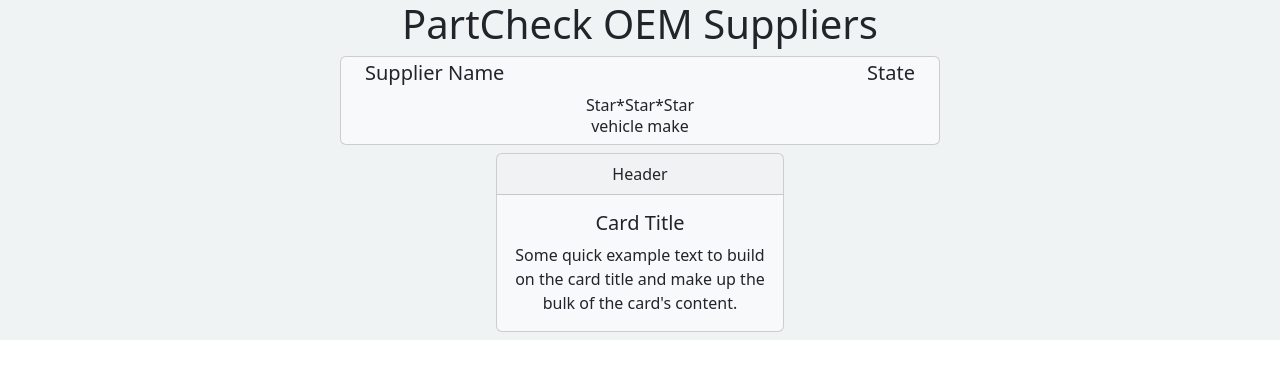
Repository: trungna4699/coding_challenge
Page: /
An editor plug-in stored every save of this project. The page is shown before and after the next save, followed by the edit.
The browser window is 1280 px wide. The pictures show the whole page.
The project was rebuilt for these pictures with package versions that can differ from the ones it lists, and the page was loaded fresh each time.

Above is the page before, as saved 2022-09-01 16:35:17.

### src/index.css
body {
  margin: 0;
  background-color: #F0F3F4;
  font-family: -apple-system, BlinkMacSystemFont, 'Segoe UI', 'Roboto', 'Oxygen',
    'Ubuntu', 'Cantarell', 'Fira Sans', 'Droid Sans', 'Helvetica Neue',
    sans-serif;
  -webkit-font-smoothing: antialiased;
  -moz-osx-font-smoothing: grayscale;
}

code {
  font-family: source-code-pro, Menlo, Monaco, Consolas, 'Courier New',
    monospace;
}

### src/App.js
import './App.css';
import 'bootstrap/dist/css/bootstrap.min.css';

import Card from 'react-bootstrap/Card';
import Col from 'react-bootstrap/Col';
import Row from 'react-bootstrap/Row';

function App() {
  return (
    <div className="App">
      <h1>PartCheck OEM Suppliers</h1>

      <div className='listContainer'>
        <Card
          bg={"light"}
          // key={variant}
          text={"dark"}
          style={{ width: '600px' }}
          className="mb-2"
        >
          <div className="supplierItems">
            <div className='supplierInfo'>
              <h5 className='ms-4'>Supplier Name</h5>
              <h5 className='me-4'>State</h5>
            </div>

            <div className="ratingStar">
              Star*Star*Star
            </div>
            <div className="vehicleList">
              <h6>vehicle make</h6>
            </div>
          </div>
        </Card>

        <Card
          bg={"light"}
          // key={variant}
          text={"dark"}
          style={{ width: '18rem' }}
          className="mb-2"
        >
          <Card.Header>Header</Card.Header>
          <Card.Body>
            <Card.Title>Card Title </Card.Title>
            <Card.Text>
              Some quick example text to build on the card title and make up the
              bulk of the card's content.
            </Card.Text>
          </Card.Body>
        </Card>

      </div>


    </div>
  );
}

export default App;

### src/App.css
.App {
  background-color: #F0F3F4;
  text-align: center;
}

.listContainer {
  display: flex;
  flex-direction: column;
  align-items: center;
}

.supplierInfo {
  display: flex;
  justify-content: space-between;
  margin-top: 4px;
}







/* Default Settings */
.App-logo {
  height: 40vmin;
  pointer-events: none;
}

@media (prefers-reduced-motion: no-preference) {
  .App-logo {
    animation: App-logo-spin infinite 20s linear;
  }
}

.App-header {
  background-color: #282c34;
  min-height: 100vh;
  display: flex;
  flex-direction: column;
  align-items: center;
  justify-content: center;
  font-size: calc(10px + 2vmin);
  color: white;
}

.App-link {
  color: #61dafb;
}

@keyframes App-logo-spin {
  from {
    transform: rotate(0deg);
  }
  to {
    transform: rotate(360deg);
  }
}

Loaded but not shown: public/index.html (common file); src/index.js (common file); src/reportWebVitals.js (common file)

After the next save:
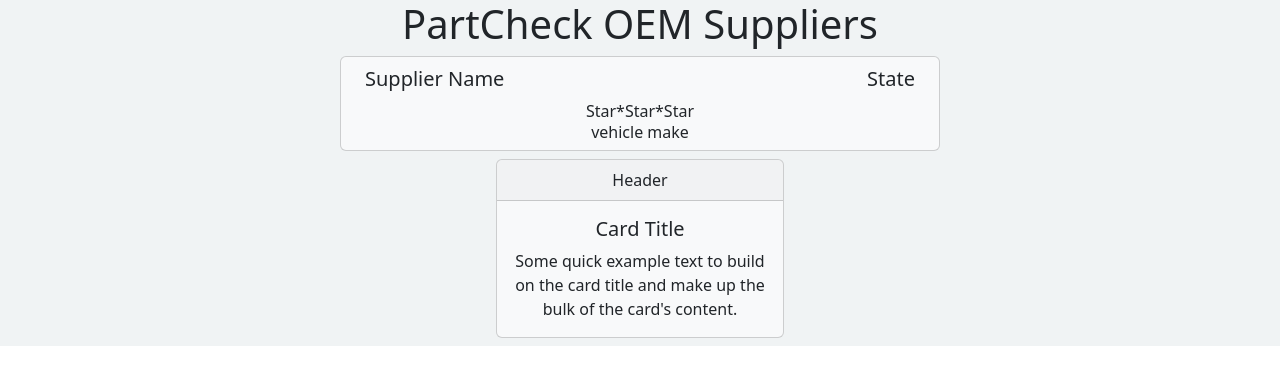
Saved 5 s later.
--- a/src/App.css
+++ b/src/App.css
@@ -12,7 +12,7 @@
 .supplierInfo {
   display: flex;
   justify-content: space-between;
-  margin-top: 4px;
+  margin-top: 10px;
 }
 
 
